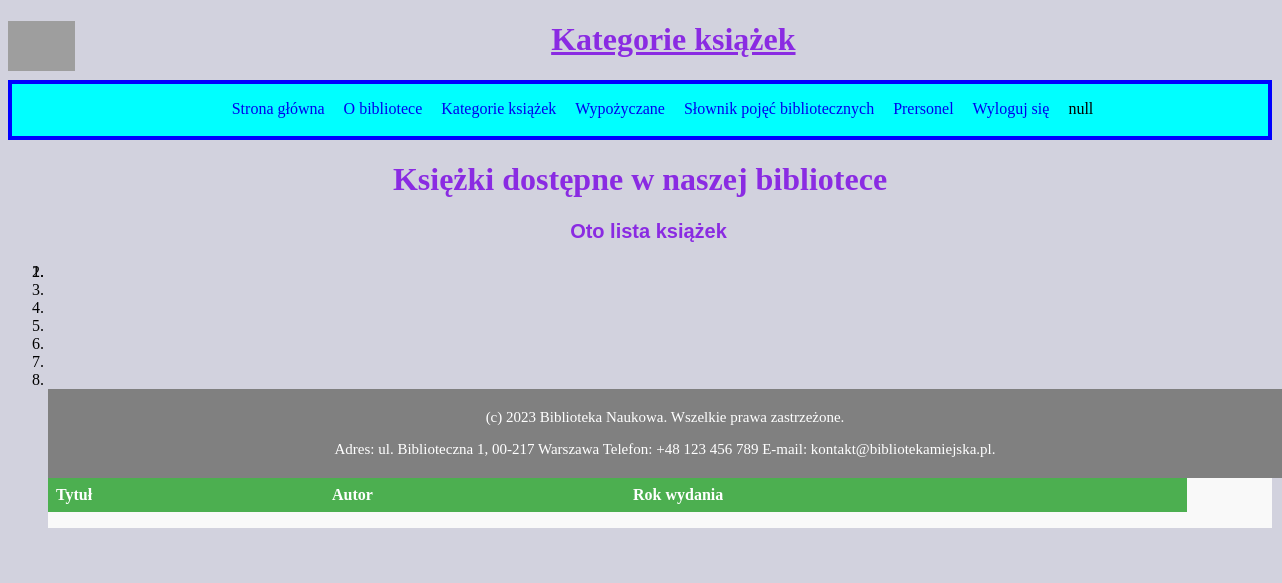
Repository: Dominik098/projekt
Page: http://localhost/biblioteka/C_Kategorie książek.jsp
The author's editor kept a copy of each file at every save. The page is drawn from the files as they stood at one save, then again after the next save.
The browser window is 1280 px wide. The page is 1282 px wide, so the pictures cover 1282 px, including what lies to the right of the window. The pictures show the whole page.
Pictures or frames that could not be fetched are drawn as grey boxes. The page is served by Tomcat 9. Other server files are loaded and not shown.

Above is the page before, as saved 2023-04-02 18:42:20.

### java projekt/biblioteka/src/main/webapp/C_Kategorie książek.jsp
<%@ page language="java" contentType="text/html; charset=UTF-8"%>
 <!DOCTYPE html>
<html lang="en">

<head>
    <meta charset="UTF-8">
    <meta http-equiv="X-UA-Compatible" content="IE=edge">
    <meta name="viewport" content="width=device-width, initial-scale=1.0">
    <link rel="stylesheet" href="C_kategorie.css" type="text/css">

    <link rel="icon" type="image/png" href="3.png" sizes="96x96" />
    <title>Kategorie książek </title>
</head>

<body>
    <tr>
        <td align="center"><img src="logo.jpg" name="ksiazka" align="left" weight="90px" height="50px"></td>
    </tr>
    <h1>
        <center><u>Kategorie książek</u></center>
    </h1>
    <header>
        <nav>
            <ul>
                <li><a href="A_strona-gl.jsp">Strona główna</a></li>
                <li><a href="B_O bibiotece.jsp">O bibliotece</a></li>
                <li><a href="C_Kategorie książek.jsp">Kategorie książek </a></li>
                <li><a href="D_Wypożyczenia.jsp">Wypożyczane </a></li>
                <li><a href="E_Słownik pojęć.jsp">Słownik pojęć bibliotecznych</a></li>
                <li><a href="F_personel.jsp">Prersonel</a></li>
               <!-- <li><a href="G_login.jsp">Logowanie</a></li>
                <li><a href="H_rejestracja.jsp">Rejestracja</a></li>-->
                <li><a href= "logout">Wyloguj się</a></li>
                <li><a > <%=session.getAttribute("email-login") %> </a></li>
            </ul>

        </nav>

    </header>
    <h1>Księżki dostępne w naszej bibliotece</h1>
    <h3>Oto lista książek</h3>
    <span>
    <ol id="baza-danych">
        <li>
        <table>
    <tr>
        <th>Tytuł</th>
        <th>Autor</th>
        <th>Rok wydania</th>
    </tr>
    <c:forEach items="${książki}" var="książki">
        <tr>
            <td>${książki.tytul}</td>
            <td>${książki.autor}</td>
            <td>${książki.wydawnictwo}</td>
            <td>${książki.data_wydania}</td>





        </li>
        <li></li>
        <li></li>
        <li></li>
        <li></li>
        <li></li>
        <li></li>
        <li></li>
    </ol>
</span>


    <footer>
        <p>(c) 2023 Biblioteka Naukowa. Wszelkie prawa zastrzeżone.</p>
        <p>Adres: ul. Biblioteczna 1, 00-217 Warszawa Telefon: +48 123 456 789  E-mail: kontakt@bibliotekamiejska.pl.</p>

    </footer>



</body>

</html>

### java projekt/biblioteka/src/main/webapp/C_kategorie.css
body {
    background-color: rgb(210, 210, 222);

}

header {
    border: 4px;
    background-color: aqua;
    border: 4px solid blue;
    padding-bottom: 2px;
}



h1 {
    text-align: center;
    color: blueviolet;

}

h3 {
    text-align: center;
    margin-left: 17px;
    color: blueviolet;
    font-family: Arial;
    font-size: 20px;

}




ul li {
    display: inline;
    margin-left: 5px;
    padding: 5px;

}

ul {
    text-align: center;
}

a {
    padding-top: 5px;
    padding-bottom: 5px;
    text-decoration: none;
}






footer {
    text-align: center;
    font-size: 15px;
    color: white;
    background-color: gray;


    bottom: 0;
    margin-top: auto;
    width: 100%;
    padding: 5px;
}



table {
        background-color: #f9f9f9;
        border-collapse: collapse;
        width: 100%;
    }

    th, td {
        text-align: left;
        padding: 8px;
    }

    th {
        background-color: #4CAF50;
        color: white;
    }


    tr:hover {
  border-bottom: 2px solid red;
}


.pobierz{

  display: inline-block;
  padding: 10px 20px;
  font-size: 12px;
  font-weight: bold;
  text-align: center;
  text-transform: uppercase;
  color: #fff;
  background-color: #4CAF50;
  border: none;
  border-radius: 5px;
  box-shadow: 0 3px 6px rgba(0, 0, 0, 0.3);
  cursor: pointer;
  transition: background-color 0.3s ease;
}

.pobierz:hover {
  background-color: #0056b3;
}

.klik {
  background-color: transparent;
  border: none;
  cursor: pointer;
  background-color:  aqua;
  border: none;
  border-radius: 5px;
  box-shadow: 0 3px 6px rgba(0, 0, 0, 0.1);
  font-size: 11px;
  font-weight: bold;
  text-align: center;
}

.klik:hover {
  background-color: #0056b3;
  color: #ffffff;
}

.wyloguj{

  display: inline-block;
  padding: 10px 10px;
  font-size: 11px;
  font-weight: bold;
  text-align: center;
  text-transform: uppercase;
  color: black;
  background-color:  aqua;
  border: none;
  border-radius: 5px;
  box-shadow: 0 3px 6px rgba(0, 0, 0, 0.8);
  cursor: pointer;
  transition: background-color 0.3s ease;
}

.wyloguj:hover {
  background-color: #0056b3;
}
 .dodanie{
 display: inline-block;
  padding: 10px 10px;
  font-size: 11px;
  font-weight: bold;
  text-align: center;
  text-transform: uppercase;
  color: black;
  background-color:  rgb(210, 210, 222);
  border: none;
  border-radius: 5px;
  box-shadow: 0 3px 6px rgba(0, 0, 0, 0.6);
  cursor: pointer;
  transition: background-color 0.3s ease;

 }
 .dodanie:hover{
 background-color: #0056b3;
 }
#info{
	text-align: center;

}
 #info_przycisk {
        background-color: #4CAF50;
        color: #fff;
        border: none;
        padding: 5px 10px;
        border-radius: 4px;

        cursor: pointer;
        transition: background-color 0.3s ease;
    }

After the next save:
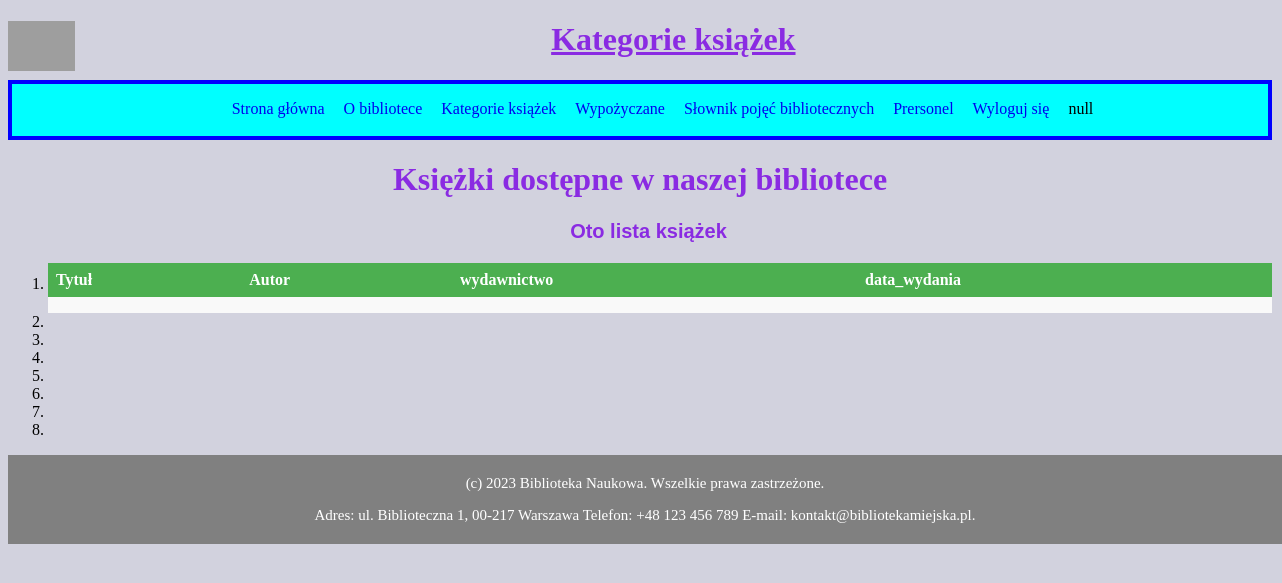
Saved 3 min 36 s later.
--- a/java projekt/biblioteka/src/main/webapp/C_Kategorie książek.jsp
+++ b/java projekt/biblioteka/src/main/webapp/C_Kategorie książek.jsp
@@ -46,7 +46,8 @@
     <tr>
         <th>Tytuł</th>
         <th>Autor</th>
-        <th>Rok wydania</th>
+        <th>wydawnictwo</th>
+        <th>data_wydania</th>
     </tr>
     <c:forEach items="${książki}" var="książki">
         <tr>
@@ -55,6 +56,9 @@
             <td>${książki.wydawnictwo}</td>
             <td>${książki.data_wydania}</td>
 
+		</tr>
+		</c:forEach>
+		</table>
 
 
 
